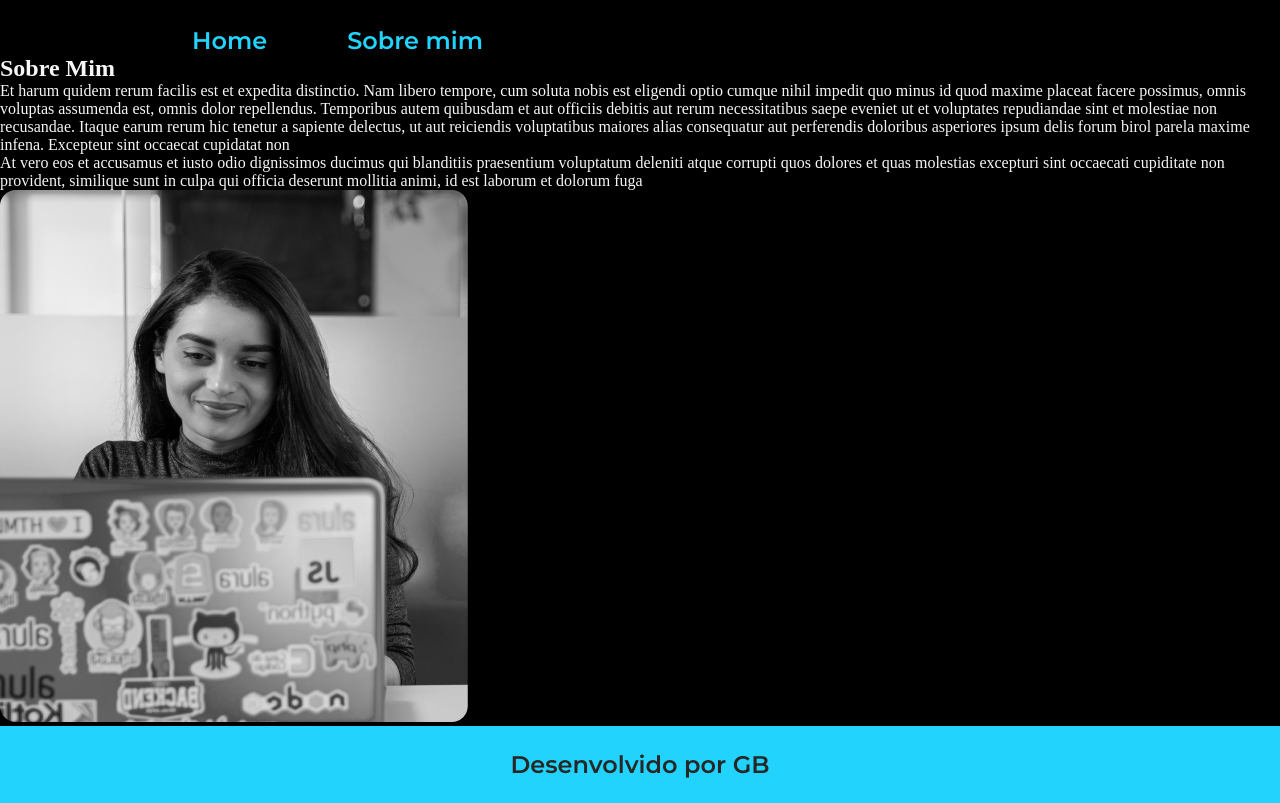
Repository: YoungAkira/CursoHtmlCss
Page: about.html
The author's editor kept a copy of each file at every save. The page is drawn from the files as they stood at one save, then again after the next save.
The browser window is 1280 px wide. The pictures show the whole page.
Some web fonts or font styles are not loaded; a fallback is used.

Above is the page before, as saved 2023-05-16 10:21:51.

### about.html
<!DOCTYPE html>
<html lang="pt-br">
<head>
    <meta charset="UTF-8">
    <meta http-equiv="X-UA-Compatible" content="IE=edge">
    <meta name="viewport" content="width=device-width, initial-scale=1.0">
    <link rel="stylesheet" href="./style/style.css">
    <title>Sobre mim</title>
</head>
<body>
    <header class="cabecalho">
        <nav class="cabecalho_menu">
            <a class="cabecalho_menu_link" href="index.html">Home</a>
            <a class="cabecalho_menu_link" href="about.html">Sobre mim</a>
        </nav>
    </header>
    <main>
        <section>
              <h1>Sobre Mim</h1>
              <p>Et harum quidem rerum facilis est et expedita distinctio. Nam libero tempore, cum soluta nobis est eligendi optio cumque nihil impedit quo minus id quod maxime placeat facere possimus, omnis voluptas assumenda est, omnis dolor repellendus. Temporibus autem quibusdam et aut officiis debitis aut rerum necessitatibus saepe eveniet ut et voluptates repudiandae sint et molestiae non recusandae. Itaque earum rerum hic tenetur a sapiente delectus, ut aut reiciendis voluptatibus maiores alias consequatur aut perferendis doloribus asperiores ipsum delis forum birol parela maxime infena. Excepteur sint occaecat cupidatat non</p>
              <p>At vero eos et accusamus et iusto odio dignissimos ducimus qui blanditiis praesentium voluptatum deleniti atque corrupti quos dolores et quas molestias excepturi sint occaecati cupiditate non provident, similique sunt in culpa qui officia deserunt mollitia animi, id est laborum et dolorum fuga</p>
        </section>
        <img src="/assets/imagem.png" alt="Foto Joana Santos programando">
    </main>

    <footer class="rodape">
        <p>Desenvolvido por GB</p>
    </footer>

</body>
</html>

### style/style.css
@import url('https://fonts.googleapis.com/css2?family=Krona+One&family=Montserrat:wght@600&display=swap');

*{
    margin: 0;
    padding: 0;
}


body {
    background-color: black;
    box-sizing: border-box;
    color: #F6F6F6;
}


.cabecalho{
    padding: 2% 0% 0% 15%;
}


.cabecalho_menu{
    display: flex;
    gap: 80px;
}



.cabecalho_menu_link{
    font-family: 'Montserrat',sans-serif;
    font-size: 24px;
    font-weight: 600;
    color: #22D4FD;
    text-decoration: none;
}


.apresentacao{
    display: flex;
    align-items: center;
    justify-content: space-between;
    padding: 5% 15%;
}


.apresentacao_conteudo{
    width: 615px;
    display: flex;
    flex-direction: column;
    gap: 40px;
}


.apresentacao_conteudo_titulo{
    font-size: 36px;
    font-family: 'Krona One',sans-serif;
}


.titulo-destaque {
    color: #22D4FD;
}


.apresentacao_conteudo_texto{
    font-size: 24px;
    font-family: 'Montserrat',sans-serif;
}


.apresentacao_links{
    display: flex;
    flex-direction: column;
    justify-content: space-between;
    align-items: center;
    gap: 32px;
}


.apresentacao_links_subtitulo{
    font-size: 24px;
    font-family: 'Krona One', sans-serif;
    font-weight: 400;


}


.apresentacao-links-link{
    display: flex;
    justify-content: center;
    gap:16px;
    border: 2px solid #22D4FD;
    width: 378px;
    text-align: center;
    border-radius: 8px;
    font-size: 24px;
    padding: 21.5px 0;
    text-decoration: none;
    color :#F6F6F6;
    font-family: 'Krona One',sans-serif;
    font-weight: 600;
}


.apresentacao-links-link:hover{
    background-color:#272727;
    padding: 3%;
}


.rodape{
    color: #272727;
    background-color: #22D4FD;
    text-align:center;
    padding: 24PX;
    font-family: 'Montserrat', sans-serif;
    font-size: 24px;
    font-weight: 400;
}

After the next save:
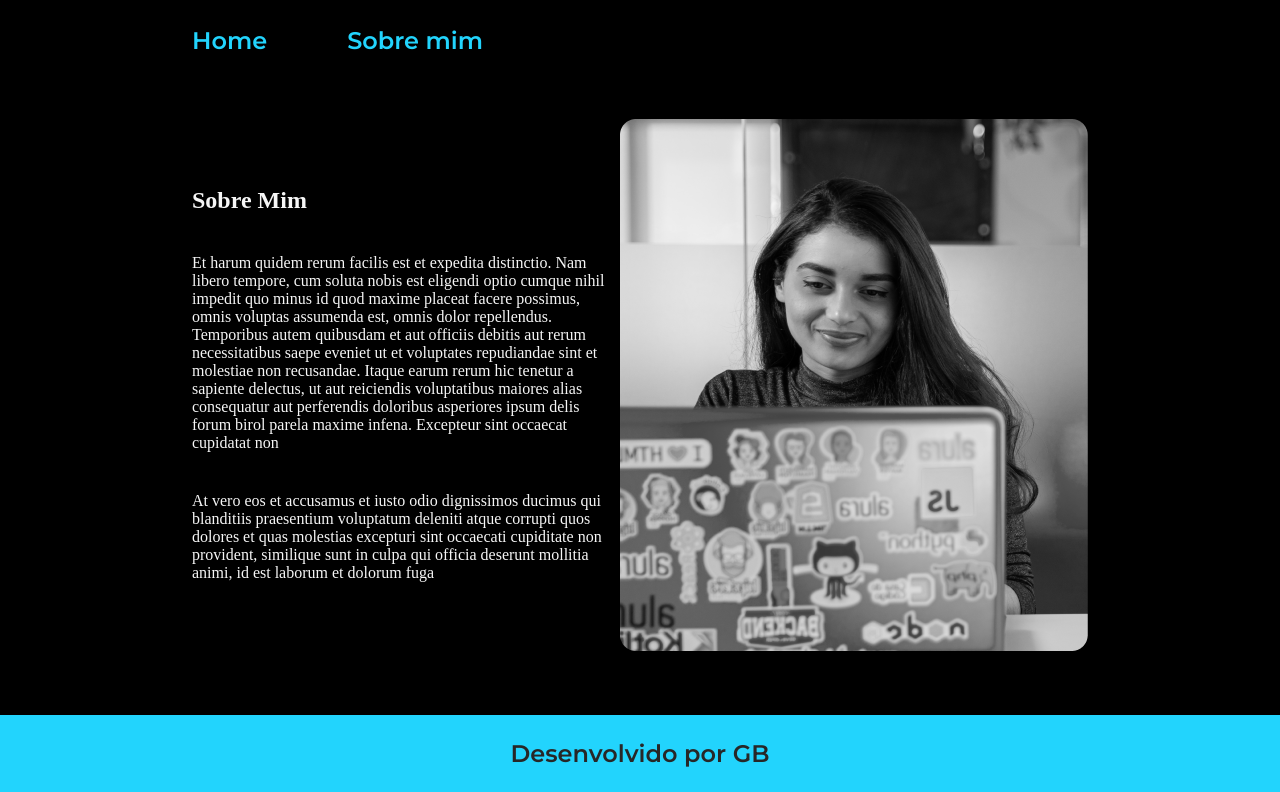
Saved 78 s later.
--- a/about.html
+++ b/about.html
@@ -14,8 +14,8 @@
             <a class="cabecalho_menu_link" href="about.html">Sobre mim</a>
         </nav>
     </header>
-    <main>
-        <section>
+    <main class="apresentacao">
+        <section class="apresentacao_conteudo">
               <h1>Sobre Mim</h1>
               <p>Et harum quidem rerum facilis est et expedita distinctio. Nam libero tempore, cum soluta nobis est eligendi optio cumque nihil impedit quo minus id quod maxime placeat facere possimus, omnis voluptas assumenda est, omnis dolor repellendus. Temporibus autem quibusdam et aut officiis debitis aut rerum necessitatibus saepe eveniet ut et voluptates repudiandae sint et molestiae non recusandae. Itaque earum rerum hic tenetur a sapiente delectus, ut aut reiciendis voluptatibus maiores alias consequatur aut perferendis doloribus asperiores ipsum delis forum birol parela maxime infena. Excepteur sint occaecat cupidatat non</p>
               <p>At vero eos et accusamus et iusto odio dignissimos ducimus qui blanditiis praesentium voluptatum deleniti atque corrupti quos dolores et quas molestias excepturi sint occaecati cupiditate non provident, similique sunt in culpa qui officia deserunt mollitia animi, id est laborum et dolorum fuga</p>
